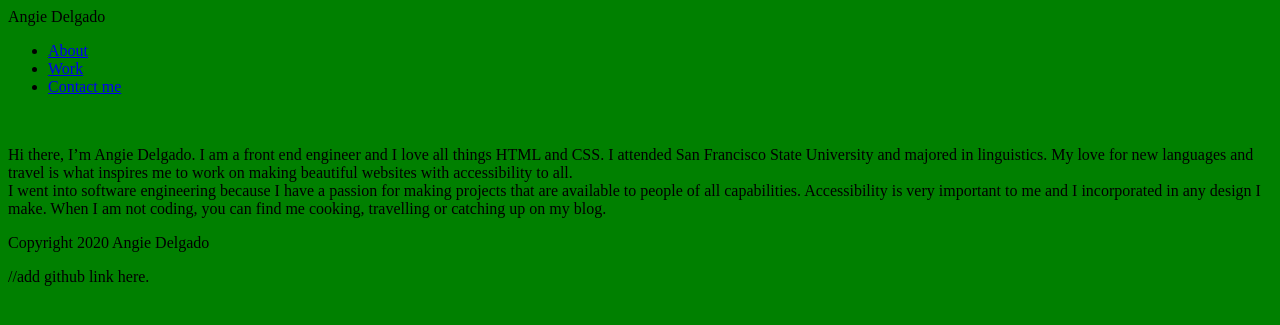
Repository: seleniadelgado/meda-spring2020-angie
Page: projects/portfolio/index.html
These files come from the project's save history. The page is drawn as it stood at one moment and after the next save; the edit follows.
The browser window is 1280 px wide. The pictures show the whole page.

Above is the page before, as saved 2020-03-01 17:30:59.

### projects/portfolio/index.html
<!DOCTYPE html>
 <html lang="en">
    <head>
        <meta charset="utf-8">
        <meta http-equiv="X-UA-Compatible" content="IE=edge">
        <title>Angie Delgado</title>
        <meta name="description" content="">
        <meta name="viewport" content="width=device-width, initial-scale=1">
        <link rel="stylesheet" href="styles.css">
    </head>
    <body>
        <section class="navBar">
            <nav>
                <div class="myName">Angie Delgado</div>
                <div>
                    <ul class="menu">
                        <li><a href="#">About</a></li>
                        <li><a href="#">Work</a></li>
                        <li><a href="#">Contact me</a></li>
                    </ul>
                </div>
            </nav>
        </section>
        <section class="custom">
            <div>
                <img src="#" alt="" height="" width="">
                <p id="aboutMeParagraph">
                    Hi there, I’m Angie Delgado. I am a front end engineer and I love all things HTML and CSS. I attended San Francisco State University and majored in linguistics. My love for new languages and travel is what inspires me to work on making beautiful websites with accessibility to all.
                    <br>
                    I went into software engineering because I have a passion for making projects that are available to people of all capabilities. Accessibility is very important to me and I incorporated in any design I make. When I am not coding, you can find me cooking, travelling or catching up on my blog.
                </p>
            </div>
            <footer>
                <div><p>Copyright 2020 Angie Delgado</p></div>
                <div>
                    //add github link here.
                </div>
            </footer>
        </section>
    </body>
</html>

### projects/portfolio/styles.css
.navBar .menu ul {
    list-style-type: none;
    margin: 0;
    padding: 0;
    width: 60px;
}
.navBar .menu ul li {
    display: block;
}
body {
    background-color: green;
}

After the next save:
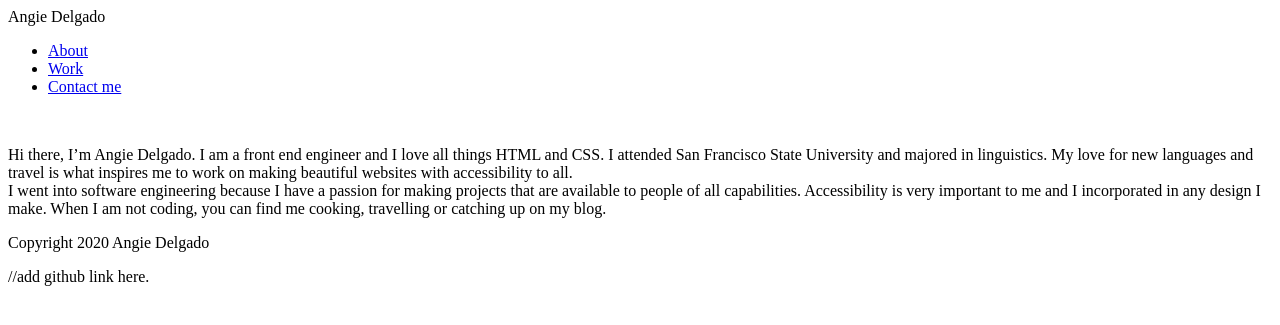
Saved 8 s later.
--- a/projects/portfolio/styles.css
+++ b/projects/portfolio/styles.css
@@ -7,6 +7,3 @@
 .navBar .menu ul li {
     display: block;
 }
-body {
-    background-color: green;
-}
